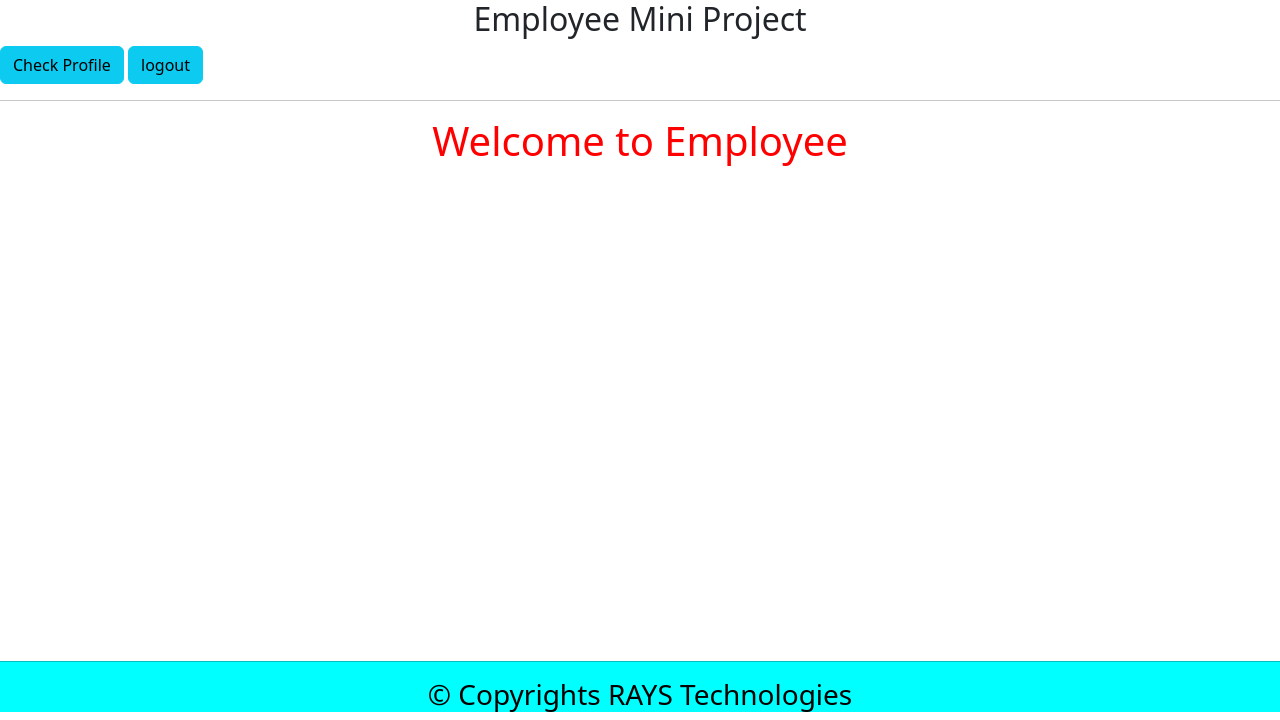
Repository: mca45034/MiniProjectp3
Page: http://localhost/miniproject/welcome.jsp
These files come from the project's save history. The page is drawn as it stood at one moment and after the next save; the edit follows.
The browser window is 1280 px wide. The pictures show the whole page.
The page is served by Tomcat 9. Other server files are loaded and not shown.

Above is the page before, as saved 2024-03-03 16:41:07.

### project/miniproject/src/main/webapp/welcome.jsp
<%@ page language="java" contentType="text/html; charset=ISO-8859-1"
    pageEncoding="ISO-8859-1"%>
<!DOCTYPE html>
<html>
<head>
<meta charset="ISO-8859-1">
<title>Insert title here</title>
<style type="text/css">

</style>
</head>
<body>
<%@ include file="header.jsp" %>
<center>

<h1 style="color: red">Welcome to Employee</h1>
</center>

<%@ include file="Footer.jsp" %>
</body>
</html>

### project/miniproject/src/main/webapp/header.jsp
<%@ page language="java" contentType="text/html; charset=ISO-8859-1"
	pageEncoding="ISO-8859-1"%>
<!DOCTYPE html>
<html>
<head>
<meta charset="ISO-8859-1">
<title>Insert title here</title>
<link rel="stylesheet"
	href="https://cdn.jsdelivr.net/npm/bootstrap@5.2.3/dist/css/bootstrap.min.css">
<style type="text/css">
body{
      background-color: orange;
    }
</style>
</head>
<body>
	<center>
<h2 class="text-dark">Employee Mini Project</h2>
</center>
	<%
		String user = (String) session.getAttribute("usertype");

		if (user != null) {
	%>
	<h3>
		Hii,
		<%=user%></h3>
	<%
		}
	%>

	<%
		if (user != null && user.equalsIgnoreCase("admin")) {
	%>
	<a href="addEmployee.jsp" class="btn btn-info">Add Employee</a>
	<a href="employeec" class="btn btn-info">show Employee list</a>

	<%
		}

		else if (user != null || user != "admin") {
	%>
	<a href="employeec?action=editbyemail&email=<%=user%>"
		class="btn btn-info">Check Profile</a>
	<%
		}
	%>
	<a href="loginc" class="btn btn-info">logout</a>
	<h1><hr></h1>
</body>
</html>

### project/miniproject/src/main/webapp/Footer.jsp
<%@ page language="java" contentType="text/html; charset=ISO-8859-1"
    pageEncoding="ISO-8859-1"%>
<!DOCTYPE html>
<html>
<head>
<link rel="stylesheet" href="https://cdn.jsdelivr.net/npm/bootstrap@5.2.3/dist/css/bootstrap.min.css">
  <style type="text/css">

#footer {

    position: fixed;
    left:0;
    width:100%;
    bottom:0;
    background-color:white;
    color:black;


   text-align:center;
}
 form{
      background-color: aqua;
    }
</style>

</head>
<body>

<div id ="footer" >
<form action="">
<CENTER><hr>
    <H3>&copy; Copyrights RAYS Technologies</H3>
</CENTER>
</form>
</div>

</html>

After the next save:
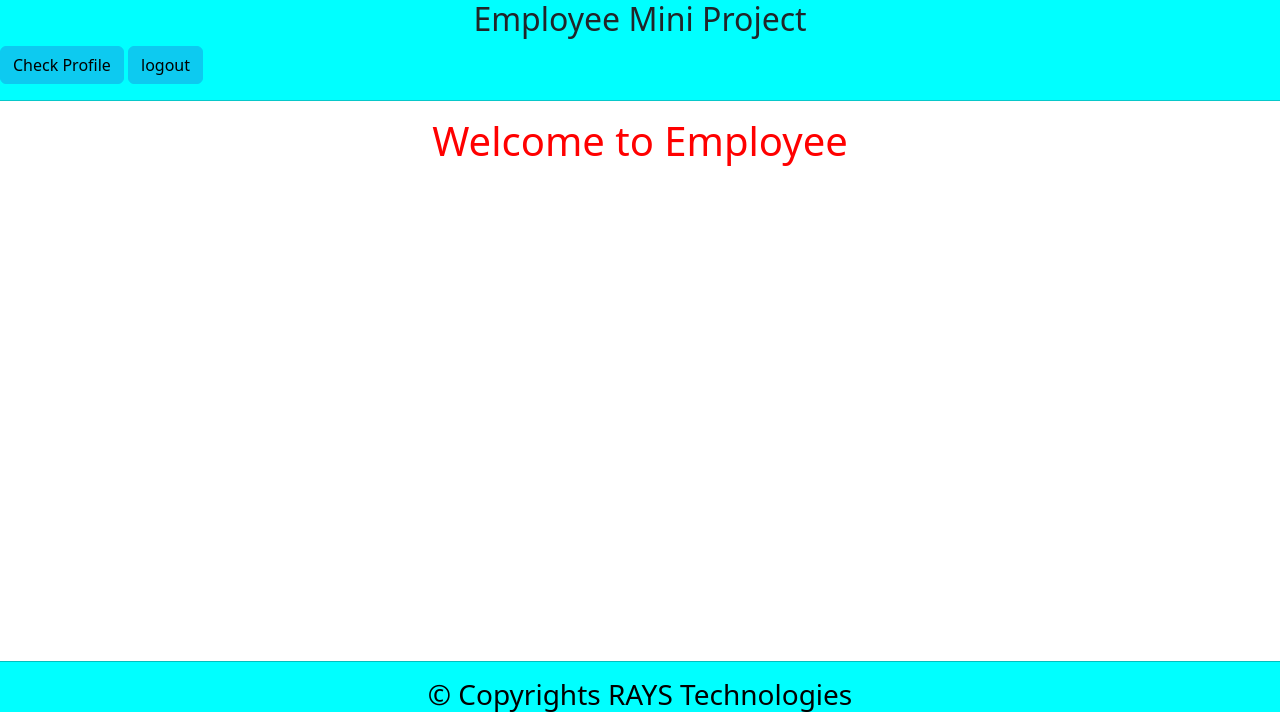
Saved 95 s later.
--- a/project/miniproject/src/main/webapp/header.jsp
+++ b/project/miniproject/src/main/webapp/header.jsp
@@ -14,6 +14,7 @@ body{
 </style>
 </head>
 <body>
+<form action="">
 	<center>
 <h2 class="text-dark">Employee Mini Project</h2>
 </center>
@@ -47,5 +48,6 @@ body{
 	%>
 	<a href="loginc" class="btn btn-info">logout</a>
 	<h1><hr></h1>
+	</form>
 </body>
 </html>
